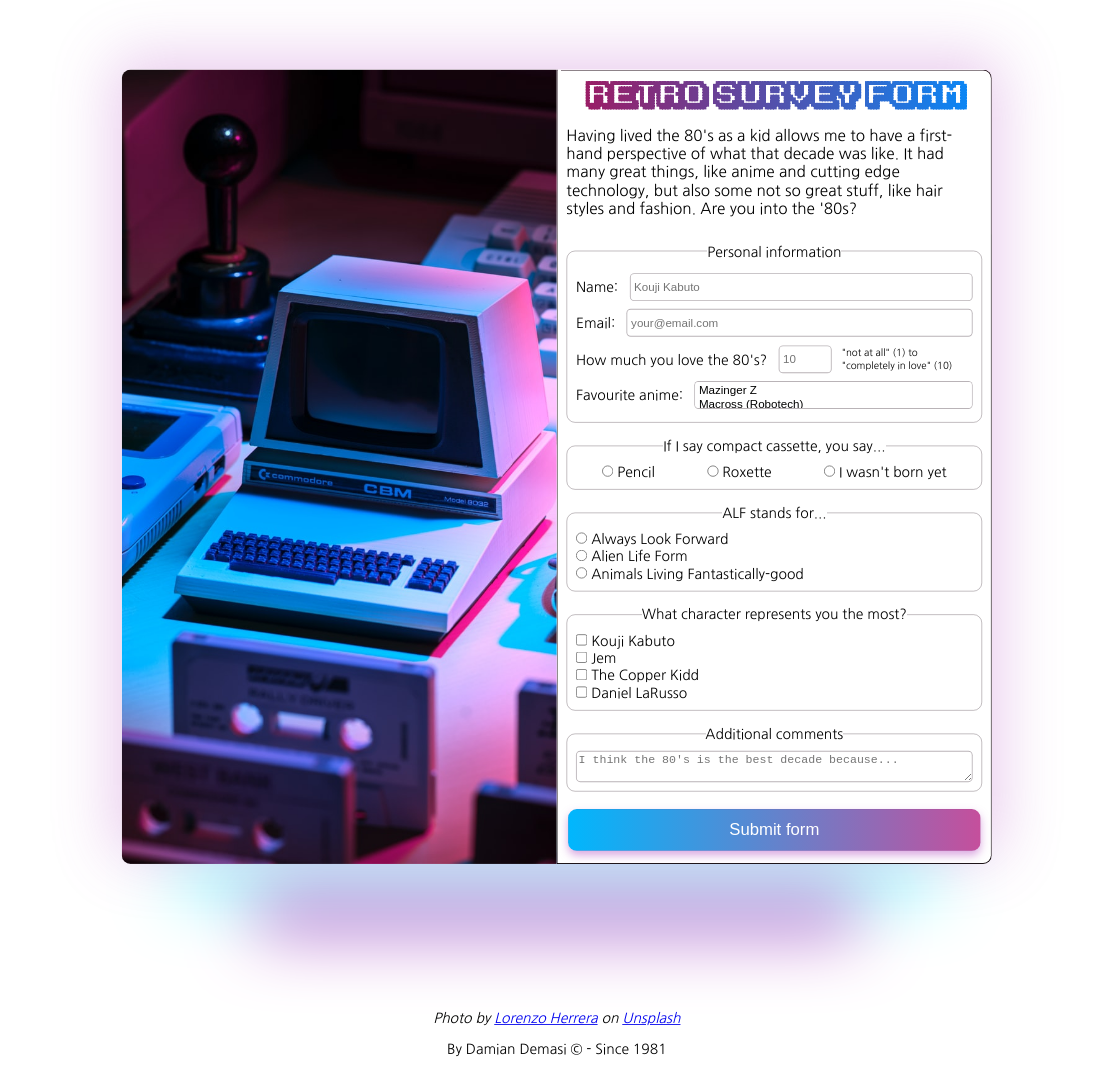
Repository: Colo-Codes/freecodecamp-02-Build-a-Survey-Form
Page: index.html
The author's editor kept a copy of each file at every save. The page is drawn from the files as they stood at one save, then again after the next save.
The browser window is 1280 px wide. The pictures show the whole page, at 87% of full size.

Above is the page before, as saved 2021-05-19 12:09:22.

After the next save:
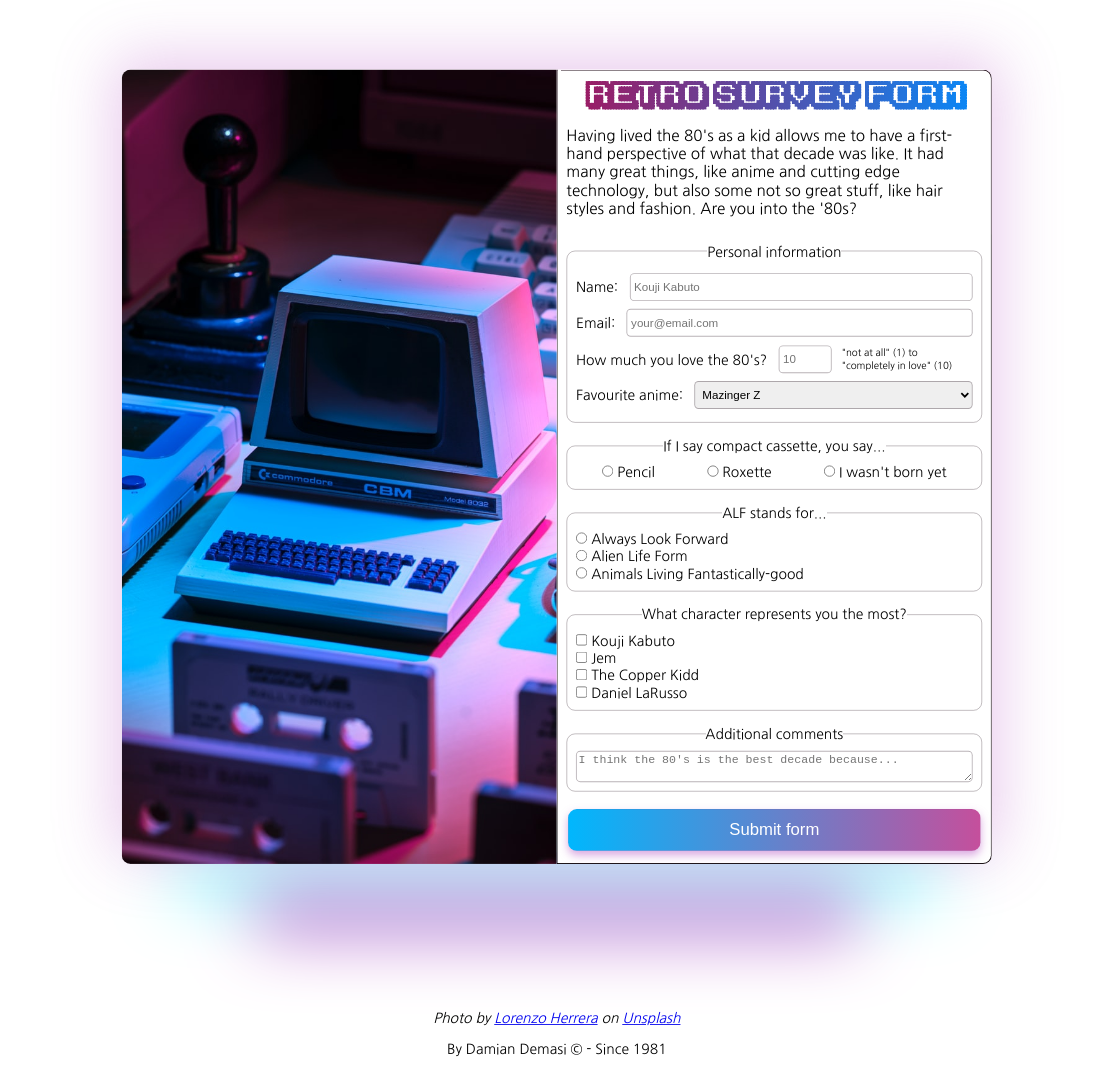
Saved 110 s later.
--- a/index.html
+++ b/index.html
@@ -33,7 +33,7 @@
                             max="10" required>
                     </label>
                     <label for="dropdown"> Favourite anime:
-                        <select name="favourite" id="dropdown" size="7" required>
+                        <select name="favourite" id="dropdown" size="1" required>
                             <option value="mazinger-z">Mazinger Z</option>
                             <option value="macross-robotech">Macross (Robotech)</option>
                             <option value="crusher-joe">Crusher Joe</option>
